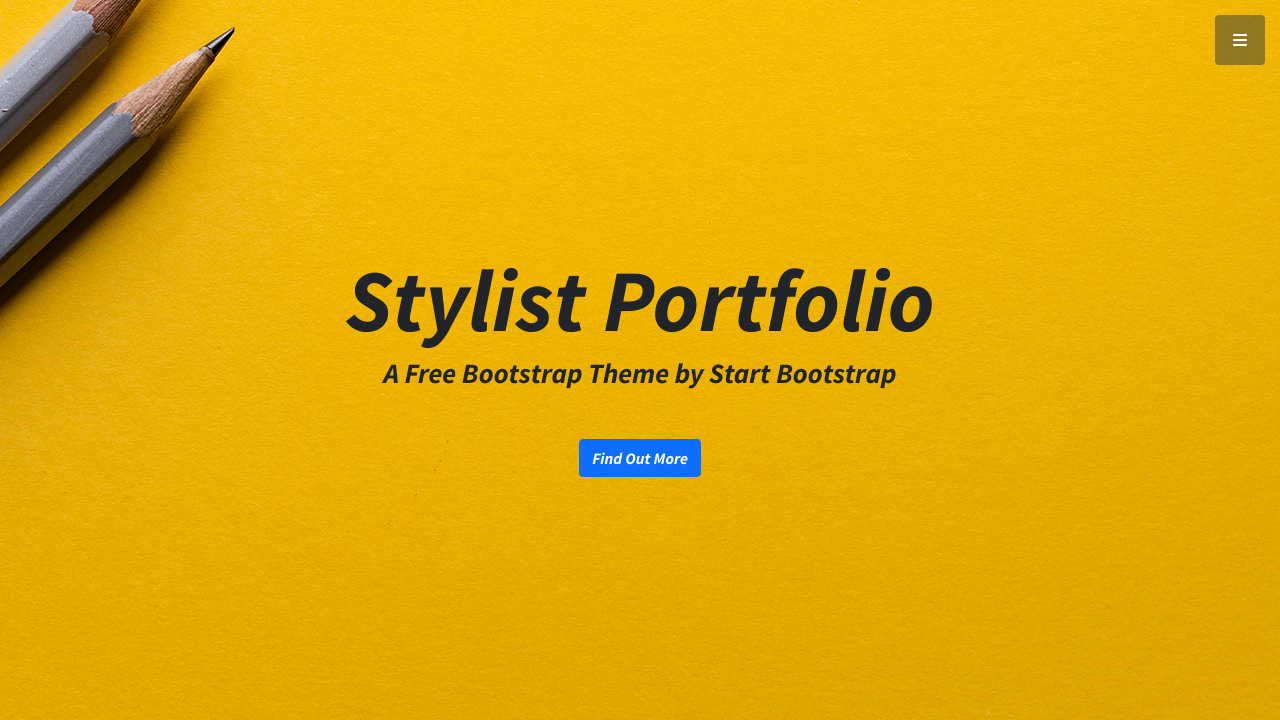
Repository: hoangpino/VE_FE_FrameWork_005
Page: lab06/index.html
An editor plug-in stored every save of this project. The page is shown before and after the next save, followed by the edit.
The browser window is 1280 px wide. The pictures show the whole page.

Above is the page before, as saved 2021-10-02 20:04:21.

### lab06/index.html
<!DOCTYPE html>
<html lang="en">

<head>
    <meta charset="UTF-8">
    <meta http-equiv="X-UA-Compatible" content="IE=edge">
    <meta name="viewport" content="width=device-width, initial-scale=1.0">
    <title>Portfolio</title>
    <link rel="stylesheet" href="./css/style.css" type="text/css" />
    <link rel="icon" href="./img/schools.png" />
    <link href="https://cdn.jsdelivr.net/npm/bootstrap@5.1.1/dist/css/bootstrap.min.css"
        rel="stylesheet"
        integrity="sha384-F3w7mX95PdgyTmZZMECAngseQB83DfGTowi0iMjiWaeVhAn4FJkqJByhZMI3AhiU"
        crossorigin="anonymous" />
    <link rel="stylesheet"
        href="https://cdnjs.cloudflare.com/ajax/libs/font-awesome/6.0.0-beta2/css/all.min.css" />
    <link rel="preconnect" href="https://fonts.googleapis.com">
    <link rel="preconnect" href="https://fonts.gstatic.com" crossorigin>
    <link
        href="https://fonts.googleapis.com/css2?family=Source+Sans+Pro:ital,wght@1,700&display=swap"
        rel="stylesheet" />
</head>

<body>
    <a href="" class="menu-toggle rounded" hef="#" data-bs-toggle="offcanvas"
        data-bs-target="#offcanvas-right" aria-controls="offcanvas-right">
        <i class="fas fa-bars"></i>
    </a>
    <div class="offcanvas offcanvas-end" tabindex="-1" aria-labelledby="offcanvas-right-lable"
        id="offcanvas-right">
        <div class="offcanvas-header">
            <h5 id="offcanvas-right-label">Start Bootstrap</h5>
            <button type="button" class="btn-close btn-close-white text-reset"
                data-bs-dismiss="offcanvas" aria-label="Close"></button>
        </div>
        <div class="offcanvas-body">
            <ul class="sidebar-nav">
                <li class="sidebar-nav-item"><a href="#">Home</a></li>
                <li class="sidebar-nav-item"><a href="#">About</a></li>
                <li class="sidebar-nav-item"><a href="#">Services</a></li>
                <li class="sidebar-nav-item"><a href="#">Portfolio</a></li>
                <li class="sidebar-nav-item"><a href="#">Contacts</a></li>
            </ul>
        </div>
    </div>

    <!-- Header -->
    <header class="d-flex align-items-center" id="about">
        <div class="container text-center">
            <h1 class="m-1">Stylist Portfolio</h1>
            <h3 class="mb-5">A Free Bootstrap Theme by Start Bootstrap </h3>
            <a href="" class="btn btn-primary btn-xl">Find Out More</a>
        </div>
    </header>
    <script src="https://cdn.jsdelivr.net/npm/bootstrap@5.1.1/dist/js/bootstrap.bundle.min.js"
        integrity="sha384-/bQdsTh/da6pkI1MST/rWKFNjaCP5gBSY4sEBT38Q/9RBh9AH40zEOg7Hlq2THRZ"
        crossorigin="anonymous"></script>
</body>

</html>

### lab06/css/style.css
:root {
    --color-green: #1d809f;
    --color-dark:#343a40;
}

body {
    font-family: 'Source Sans Pro', sans-serif !important;
}

* {
    margin: 0;
    padding: 0;
}
.menu-toggle {
    position: fixed;
    width: 50px;
    height: 50px;
    color: #fff;
    background-color: rgba(52,58,64,0.5);
    text-align: center;
    line-height: 50px;
    right: 15px;
    top: 15px;
}

.menu-toggle:hover {
    background-color: var(--color-dark);
    color: #FFF;
}

.offcanvas {
    background-color: var(--color-green) !important;
    color: #fff;
    width: 250px;

}

.offcanvas ul {
    list-style: none;
    margin : 0;
    padding: 0;
}

.offcanvas a {
    color: #fff;
    display: block;
    padding: 15px;
    text-decoration: none;

}

.offcanvas a:hover {
    background-color: rgba(52, 58, 64, 0.2);
    color: #fff;
}

.offcanvas-body {
    padding: 0 !important;
    margin: 0;

}

.offcanvas-header {
    background-color: rgba(52, 58, 64, 0.1);
}

header {
    background: url(../img/img/bg-masthead.jpg);
    background-repeat: none;
    background-position: center center;
    min-height: 100vh;
}

header h1 {
    font-weight: 700 !important;
    font-size: 5.5rem !important;
}

h3 {
    font-weight: 700 !important;
    font-style: 1.75rem !important;
    font-style: italic;
}

btn-primary {
    background-color: var(--color-green) !important;
    border-color: var(--color-green) !important;
}

After the next save:
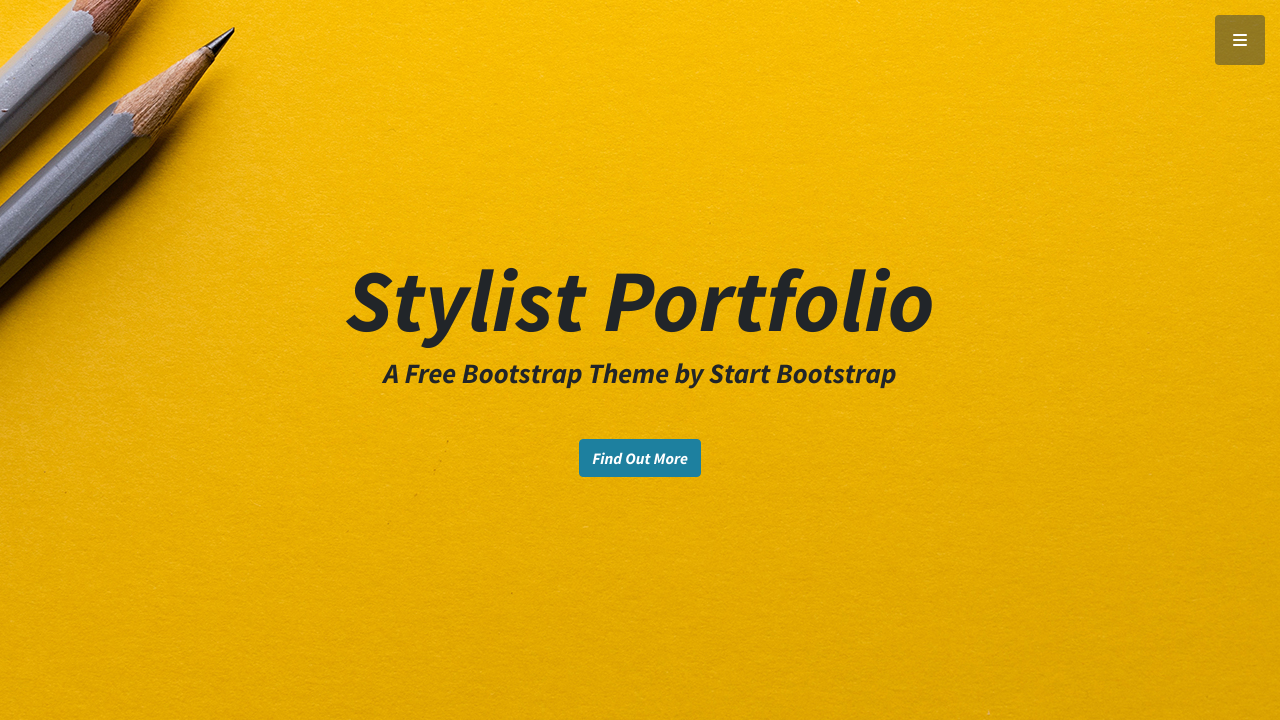
Saved 31 s later.
--- a/lab06/css/style.css
+++ b/lab06/css/style.css
@@ -82,7 +82,7 @@
     font-style: italic;
 }
 
-btn-primary {
+.btn-primary {
     background-color: var(--color-green) !important;
     border-color: var(--color-green) !important;
 }
